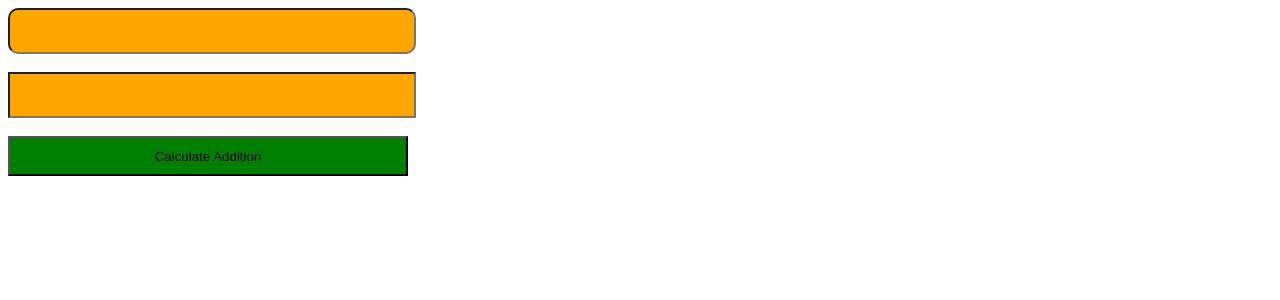
Repository: vaibhaokamble/MY_INSTITUTE_PUNE
Page: SERVLET/AdditionApplication/src/main/webapp/Addition.html
These files come from the project's save history. The page is drawn as it stood at one moment and after the next save; the edit follows.
The browser window is 1280 px wide. The pictures show the whole page.

Above is the page before, as saved 2022-10-18 09:12:36.

After the next save:
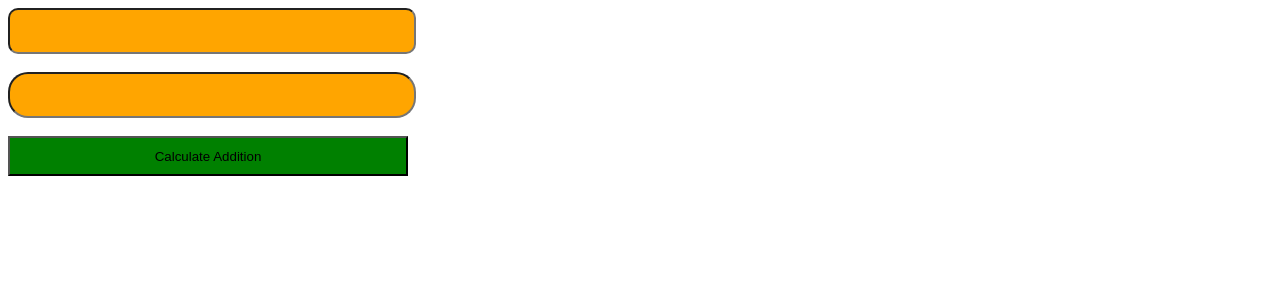
Saved 27 s later.
--- a/SERVLET/AdditionApplication/src/main/webapp/Addition.html
+++ b/SERVLET/AdditionApplication/src/main/webapp/Addition.html
@@ -11,7 +11,7 @@
 	<br>
 	<br>
 	<input type='text' name='second' value=''
-		style='width: 400px; height: 40px; background-color:orange;' />
+		style='width: 400px; height: 40px; background-color:orange; border-radius:20px;' />
 	<br>
 	<br>
 	<input type='submit' name='s' value='Calculate Addition'
